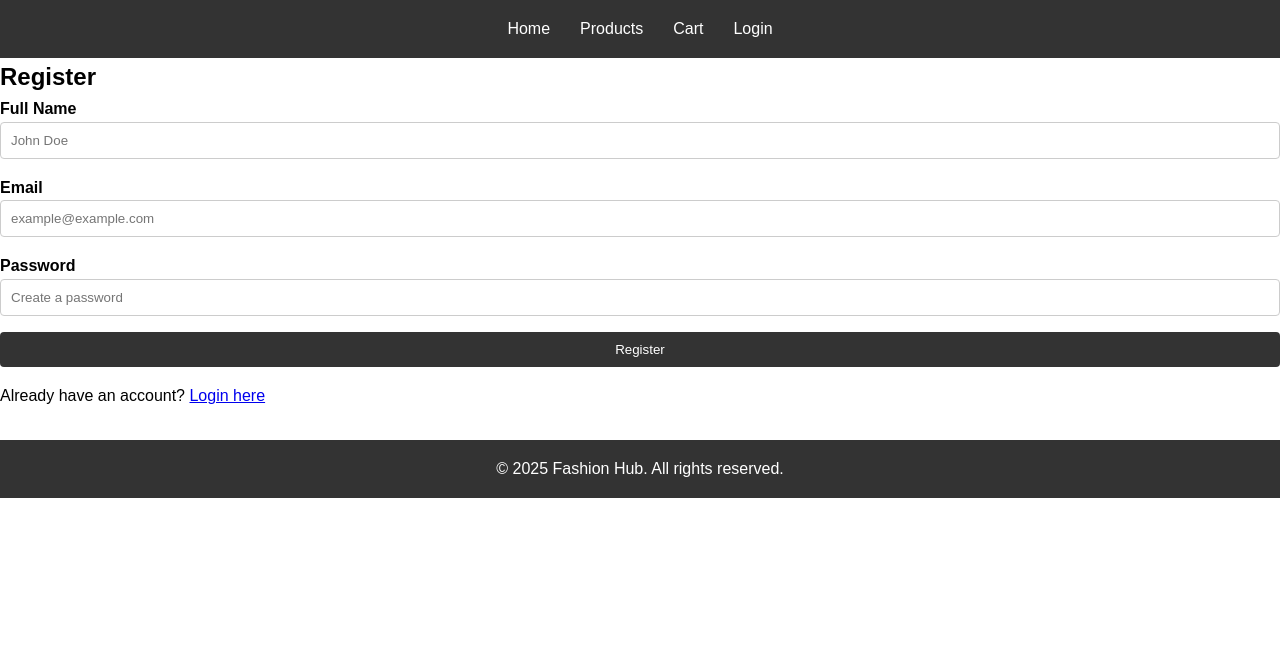
Repository: Patience225/ecommerce-app
Page: register.html
These files come from the project's save history. The page is drawn as it stood at one moment and after the next save; the edit follows.
The browser window is 1280 px wide. The pictures show the whole page.

Above is the page before, as saved 2025-01-30 09:57:23.

After the next save:
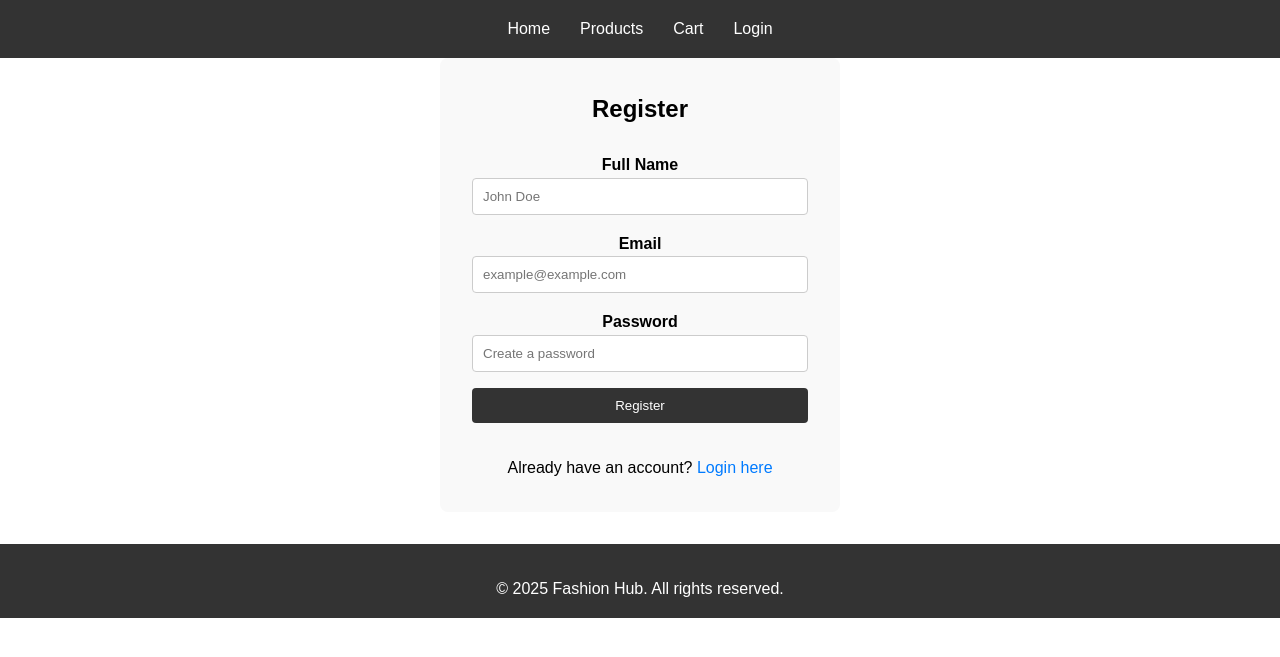
Saved 41 s later.
--- a/css/style.css
+++ b/css/style.css
@@ -157,3 +157,50 @@ button[type="submit"] {
 button[type="submit"]:hover {
   background-color: #555;
 }
+
+.auth-section {
+  padding: 2em;
+  max-width: 400px;
+  margin: 0 auto;
+  background-color: #f9f9f9;
+  border-radius: 8px;
+  text-align: center;
+}
+
+.auth-section h1 {
+  margin-bottom: 1em;
+}
+
+form {
+  display: flex;
+  flex-direction: column;
+  gap: 1em;
+}
+
+input {
+  padding: 0.75em;
+  border: 1px solid #ccc;
+  border-radius: 4px;
+}
+
+button[type="submit"] {
+  padding: 0.75em;
+  background-color: #333;
+  color: white;
+  border: none;
+  cursor: pointer;
+  border-radius: 4px;
+}
+
+button[type="submit"]:hover {
+  background-color: #555;
+}
+
+p {
+  margin-top: 1em;
+}
+
+p a {
+  color: #007BFF;
+  text-decoration: none;
+}
